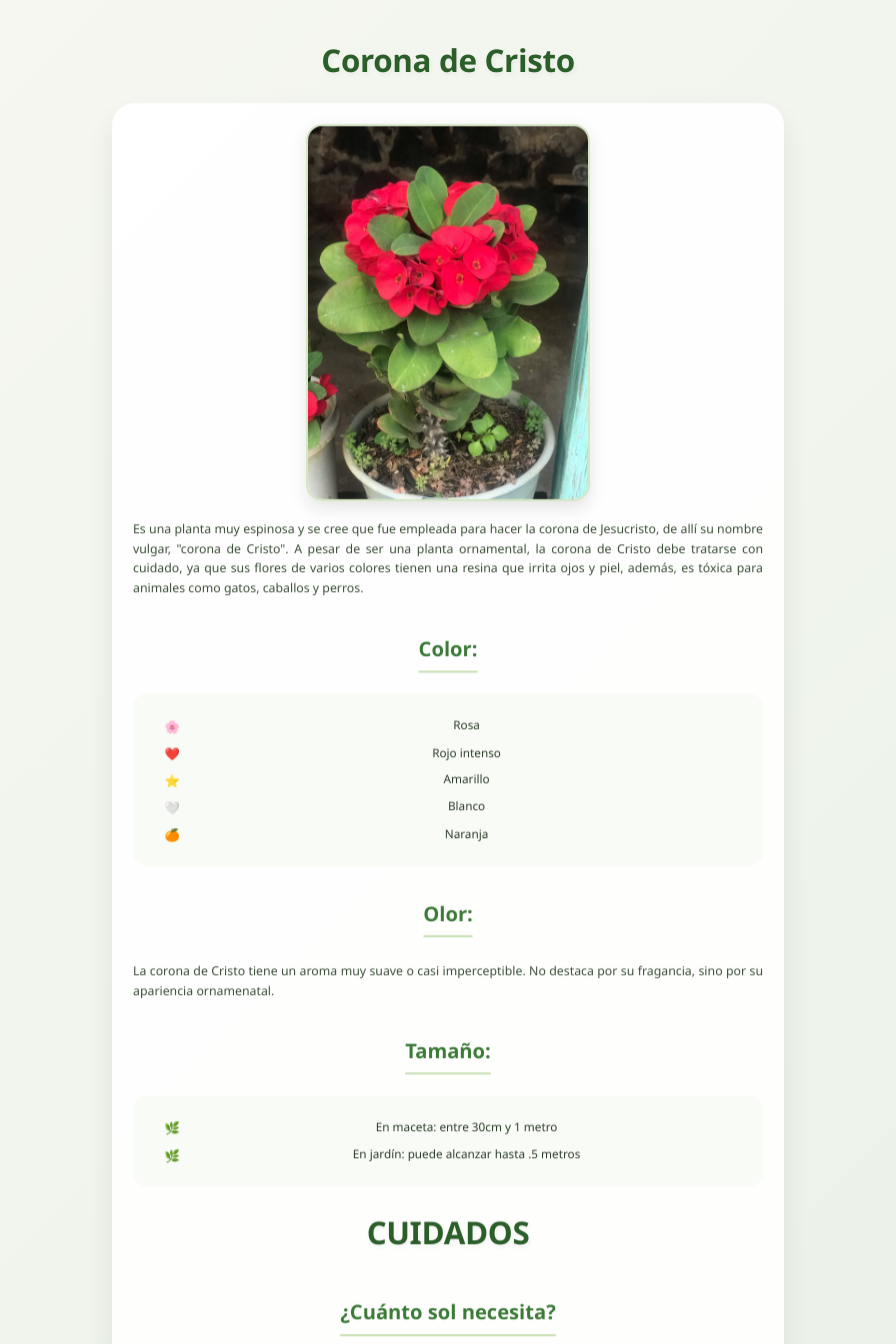
Repository: carrascokarencb37-afk/Nuura
Page: html/guiaPlant/planta1.html
The author's editor kept a copy of each file at every save. The page is drawn from the files as they stood at one save, then again after the next save.
The browser window is 1280 px wide. The pictures show the part of the page from y = 0 to 1920 px (the page is 3475 px tall before and 3093 px after), at 70% of full size.

Above is the page before, as saved 2026-05-22 23:11:34.

### html/guiaPlant/planta1.html
<!DOCTYPE html>
<html lang="en">
<head>
    <meta charset="UTF-8">
    <meta name="viewport" content="width=device-width, initial-scale=1.0">
    <title>Nuura - Corona de Cristo</title>
    <link rel="stylesheet" href="../../css/guiasPlant.css">
</head>
<body>
    <h1>Corona de Cristo</h1>

    <div class="container">
        <img class="foto" src="../../img/plantas/coronita.jpg">
        <p>Es una planta muy espinosa y se cree que fue empleada para hacer
            la corona de Jesucristo, de allí su nombre vulgar, "corona de Cristo".
            A pesar de ser una planta ornamental, la corona de Cristo debe tratarse
            con cuidado, ya que sus flores de varios colores tienen una resina que
            irrita ojos y piel, además, es tóxica para animales como gatos, caballos y
            perros.</p><br><br>

        <h2>Color:</h2>
        <ul>
            <li>Rosa</li>
            <li>Rojo intenso</li>
            <li>Amarillo</li>
            <li>Blanco</li>
            <li>Naranja</li>
        </ul>
        <br><br>

        <h2>Olor:</h2>
        <p>La corona de Cristo tiene un aroma muy suave o casi imperceptible. No
            destaca por su fragancia, sino por su apariencia ornamenatal.</p>
        <br><br>

        <h2>Tamaño:</h2>
        <ul>
            <li>En maceta: entre 30cm y 1 metro</li>
            <li>En jardín: puede alcanzar hasta .5 metros</li>
        </ul>
        <br><br>

        <h1>CUIDADOS</h1>
        <h2> ¿Cuánto sol necesita?</h2>
        <p>Minimo a 4 a 6 horas de sol directo al día.</p>
        <p>Mientras más luz tenga, más flores producirá.</p>
        <br><br>

        <h2>Puede vivir en:</h2>
        <ul>
            <li>Patios</li>
            <li>Terrazas</li>
            <li>Jardines soleados</li>
            <li>Ventanas iluminadas</li>
        </ul>
        <br><br>

        <h2>¿Cuánta agua necesita?</h2>
        <p>Riego moderado, cada 1 o 2 veces a la semana en clima cálido.</p>
        <p>En invierno, reducir el riego a cada 10 o 15 dias.</p>

        <h2>IMPORTANTE!</h2>
        <p>No encharcar la tierra, porque sus raíces pueden pudrirse.</p>
        <br><br>

        <h2>Poda</h2>
        <p>Se recomienda podar la corona de Cristo después de la floración para mantener su forma y promover el crecimiento de nuevas ramas.</p>
        <p>Retirar hojas secas, flores marchitas y ramas dañadas</p>
        <br><br>

        <h2>Dato interesnte</h2>
        <p>La corona de Cristo es originaria de México y América Central, pero se ha cultivado en todo el mundo como planta ornamental debido a su belleza y facilidad de cuidado.</p>
        <p>Es muy popular porque florece casi todo el año, necesita poco mantenimiento, soporta calor intenso y es ideal para principiantes.</p>

        <h2>✨ literalmente una plantita superviviente del desierto con energía de: “yo puedo sola” 🌵👑</h2>

    </div>
</body>
</html>

### css/guiasPlant.css
/*Importar fuente chewy*/
@font-face {
    font-family: 'chewy';
    src: url(../fonts/Chewy-Regular.ttf) format('truetype');
    font-weight: normal;
    font-style: normal;
}
body {
    background-image: url(../img/fondo_medio.jpg);
    background-size: cover;
    margin: 0;
    justify-content: center;
    text-align: center;
    padding: 2rem;
}

body {
    font-family: 'Segoe UI', Tahoma, Geneva, Verdana, sans-serif;
    background: linear-gradient(135deg, #f5f7f0 0%, #e8f0e6 100%);
    color: #2d3e2b;
    line-height: 1.6;
    padding: 20px;
    min-height: 100vh;
}

/* Contenedor principal */
.container {
    max-width: 900px;
    margin: 0 auto;
    background: rgba(255, 255, 255, 0.9);
    border-radius: 32px;
    padding: 30px;
    box-shadow: 0 20px 40px rgba(0, 0, 0, 0.08);
    backdrop-filter: blur(2px);
}

/* Título principal */
h1 {
    text-align: center;
    font-size: 2.8rem;
    color: #2c5e2a;
    margin-bottom: 25px;
    font-weight: 600;
    letter-spacing: -0.5px;
    text-shadow: 2px 2px 8px rgba(0,0,0,0.05);
}

/* Imagen */
.foto {
    width: 100%;
    max-width: 400px;
    height: auto;
    border-radius: 24px;
    display: block;
    margin: 0 auto 25px auto;
    box-shadow: 0 10px 25px rgba(0, 0, 0, 0.1);
    transition: transform 0.3s ease;
    border: 3px solid #d4e6c3;
}

.foto:hover {
    transform: scale(1.02);
}

/* Párrafos */
p {
    font-size: 1.1rem;
    margin-bottom: 20px;
    text-align: justify;
    color: #3a4d36;
}

/* Subtítulos (h2) */
h2 {
    font-size: 1.8rem;
    color: #3b7a37;
    margin-top: 30px;
    margin-bottom: 15px;
    padding-bottom: 8px;
    border-bottom: 3px solid #c8e0b5;
    display: inline-block;
}

/* Listas */
ul {
    background: #f9fbf6;
    padding: 20px 20px 20px 45px;
    border-radius: 20px;
    margin: 15px 0;
    list-style-type: none;
}

ul li {
    margin: 12px 0;
    font-size: 1.05rem;
    position: relative;
    padding-left: 28px;
}

ul li::before {
    content: "🌿";
    position: absolute;
    left: 0;
    top: 0;
    font-size: 1.1rem;
}

/* Colores especiales para la lista de colores */
ul:first-of-type li:nth-child(1)::before { content: "🌸"; }
ul:first-of-type li:nth-child(2)::before { content: "❤️"; }
ul:first-of-type li:nth-child(3)::before { content: "⭐"; }
ul:first-of-type li:nth-child(4)::before { content: "🤍"; }
ul:first-of-type li:nth-child(5)::before { content: "🍊"; }

/* Separadores */
br {
    display: none;
}

/* Espaciado entre secciones */
.container section {
    margin-bottom: 20px;
}

/* Responsive */
@media (max-width: 600px) {
    body {
        padding: 10px;
    }

    .container {
        padding: 20px;
    }

    h1 {
        font-size: 2rem;
    }

    h2 {
        font-size: 1.5rem;
    }

    p, li {
        font-size: 1rem;
    }
}
img{
    width: 300px;
    height: auto;
    border-radius: 15px;
    margin-bottom: 1rem;
}

After the next save:
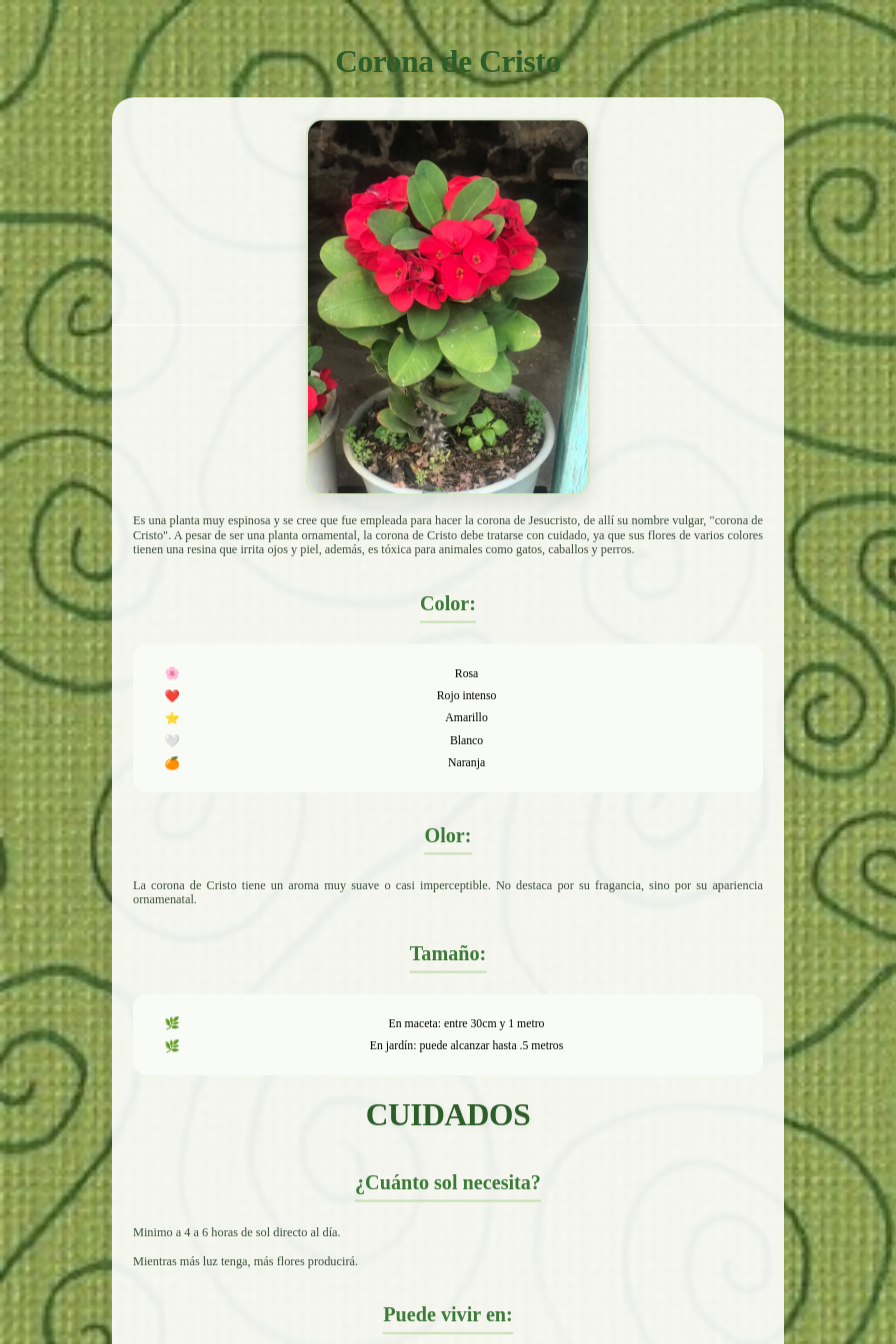
Saved 31 s later.
--- a/css/guiasPlant.css
+++ b/css/guiasPlant.css
@@ -14,14 +14,7 @@
     padding: 2rem;
 }
 
-body {
-    font-family: 'Segoe UI', Tahoma, Geneva, Verdana, sans-serif;
-    background: linear-gradient(135deg, #f5f7f0 0%, #e8f0e6 100%);
-    color: #2d3e2b;
-    line-height: 1.6;
-    padding: 20px;
-    min-height: 100vh;
-}
+
 
 /* Contenedor principal */
 .container {

After the save that followed:
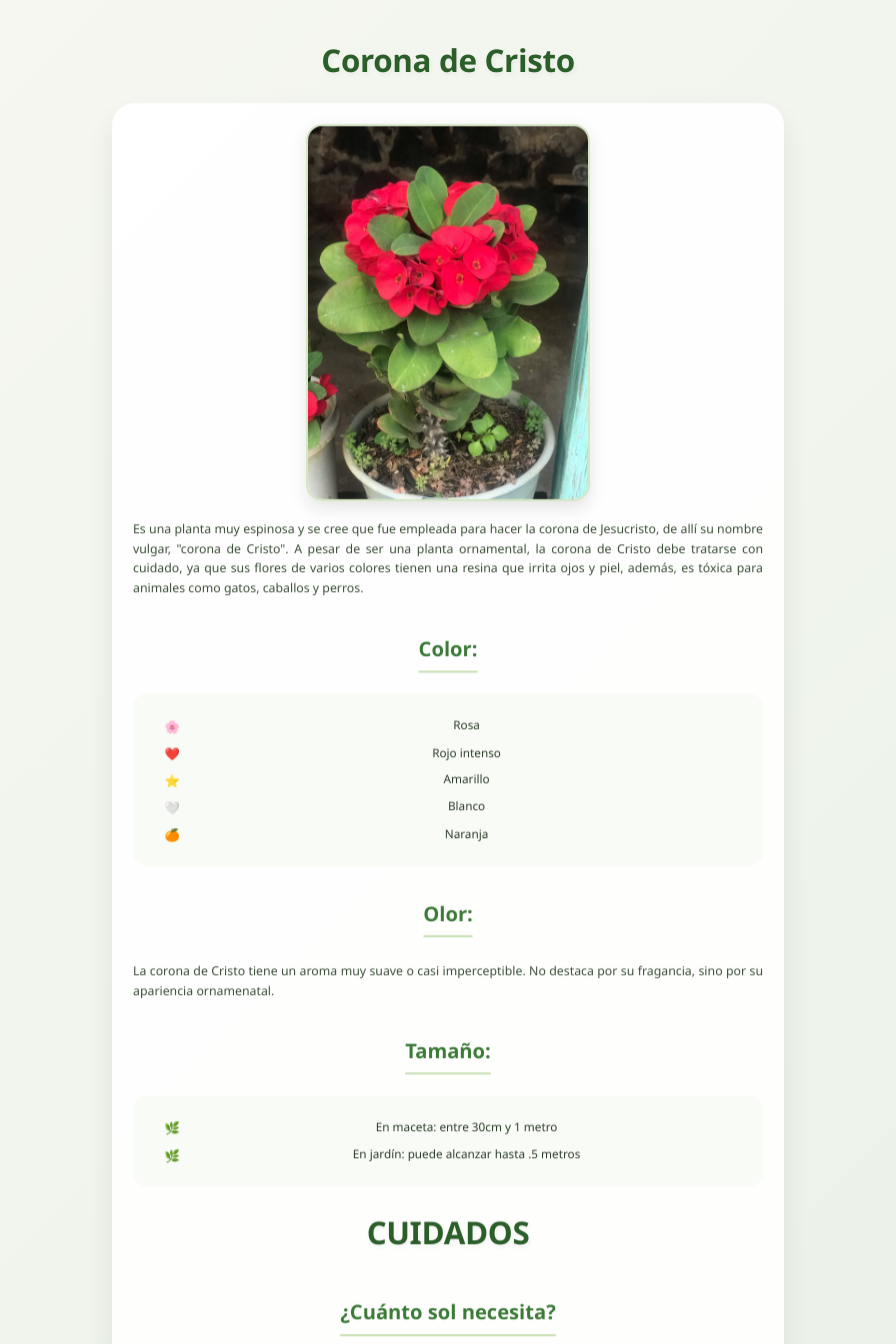
Saved 18 s later.
--- a/css/guiasPlant.css
+++ b/css/guiasPlant.css
@@ -14,7 +14,14 @@
     padding: 2rem;
 }
 
-
+body {
+    font-family: 'Segoe UI', Tahoma, Geneva, Verdana, sans-serif;
+    background: linear-gradient(135deg, #f5f7f0 0%, #e8f0e6 100%);
+    color: #2d3e2b;
+    line-height: 1.6;
+    padding: 20px;
+    min-height: 100vh;
+}
 
 /* Contenedor principal */
 .container {
